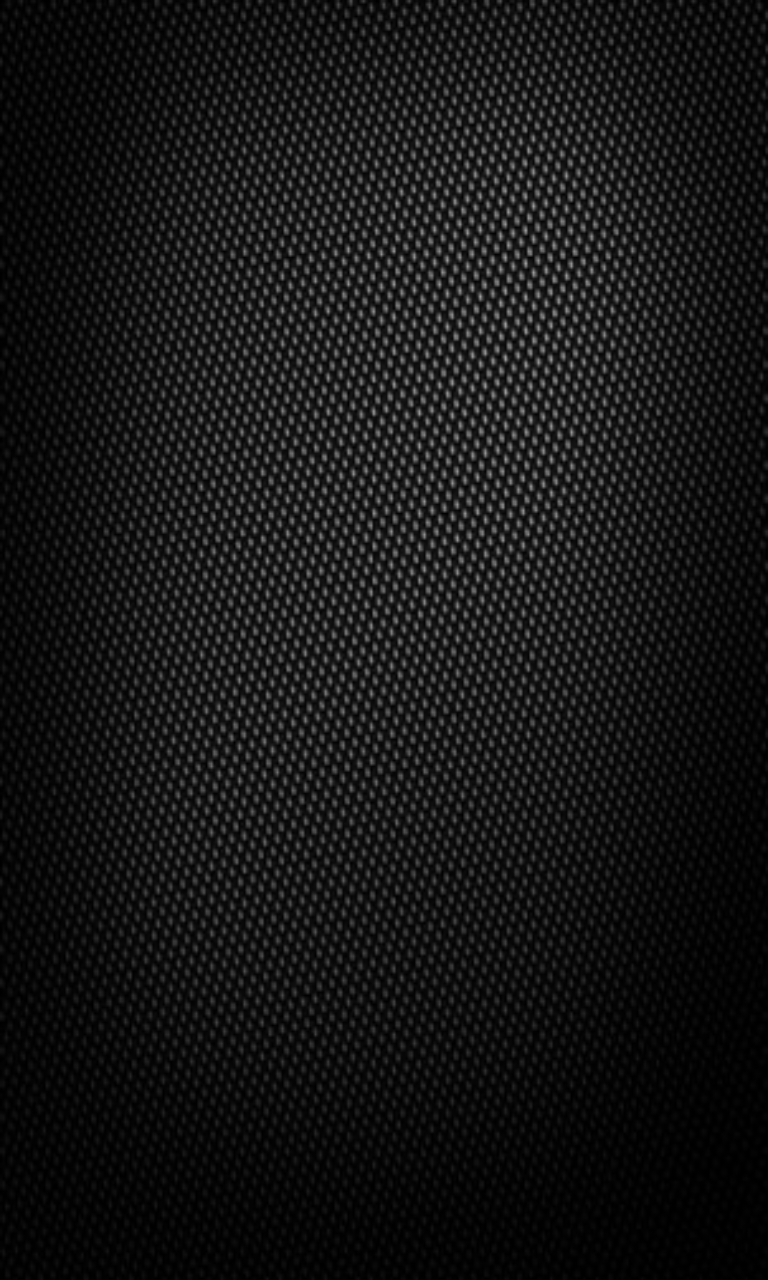
Repository: kenshiryu7/mdv-projects
Layout: Java_2/Java2_w3/res/layout/activity_main.xml
An editor plug-in stored every save of this project. The layout is shown before and after the next save, followed by the edit.
It is drawn on a 768 x 1280 px phone screen (xhdpi) without system bars, with theme AppTheme; the app's code is not run. Lists and similar views that code fills are empty.

Above is the layout before, as saved 2012-12-02 08:05:38.

After the next save:
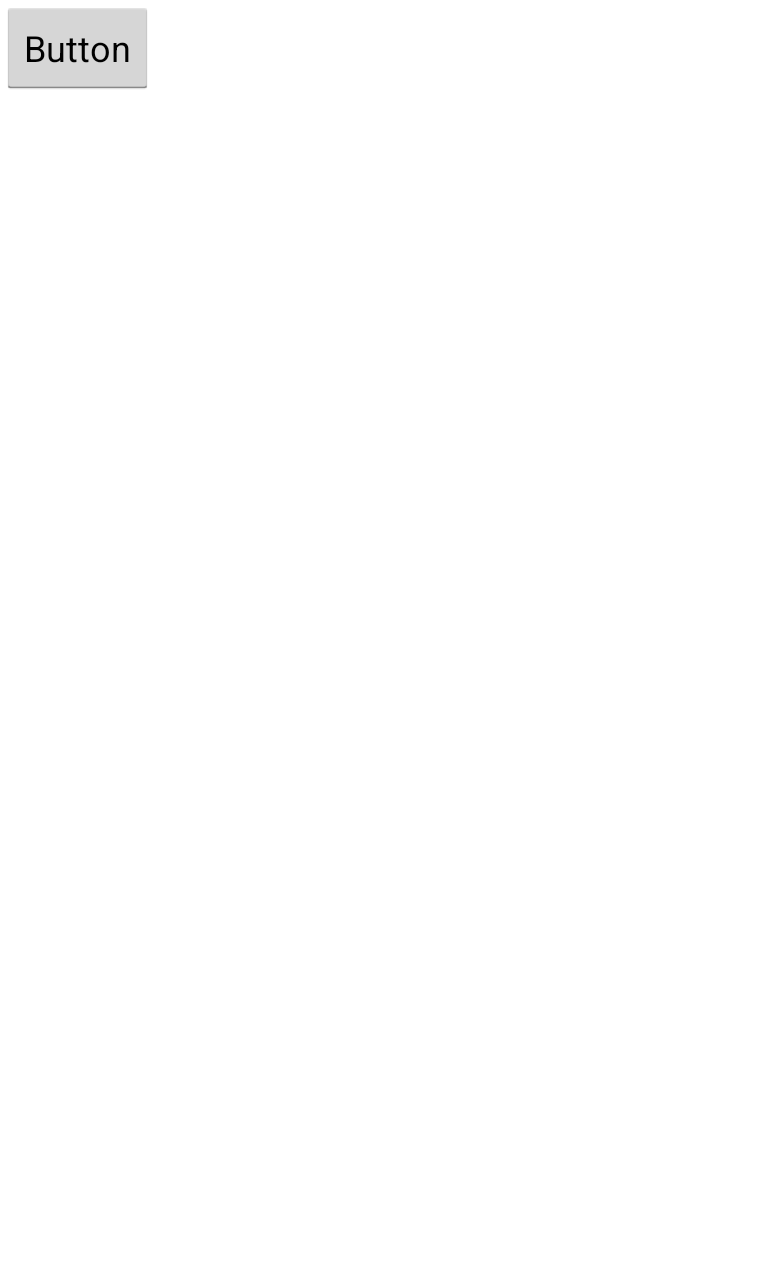
Saved 4 min 35 s later.
--- a/Java_2/Java2_w3/res/layout/activity_main.xml
+++ b/Java_2/Java2_w3/res/layout/activity_main.xml
@@ -2,16 +2,21 @@
     xmlns:tools="http://schemas.android.com/tools"
     android:layout_width="fill_parent"
     android:layout_height="fill_parent"
-    android:background="@drawable/main_bg"
+
     android:orientation="vertical" >
 
-
+    <Button
+        android:id="@+id/button1"
+        android:layout_width="wrap_content"
+        android:layout_height="wrap_content"
+        android:text="Button" />
 
     <ListView
         android:id="@android:id/list"
         android:layout_width="match_parent"
         android:layout_height="wrap_content"
         android:background="@drawable/row_bg" >
+
     </ListView>
 
 </LinearLayout>
